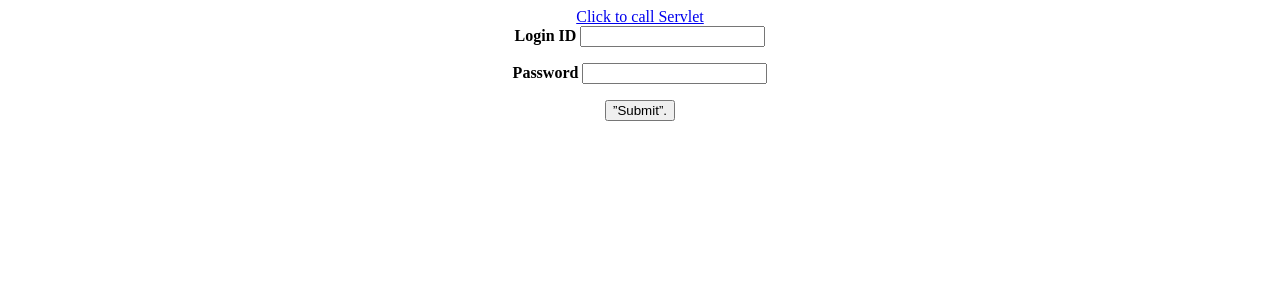
Repository: avads1/Webhook-listener
Page: webhook-servlet/WebContent/index.html
The author's editor kept a copy of each file at every save. The page is drawn from the files as they stood at one save, then again after the next save.
The browser window is 1280 px wide. The pictures show the whole page.

Above is the page before, as saved 2022-05-01 01:48:50.

### webhook-servlet/WebContent/index.html
<!DOCTYPE html>
<HTML>
<BODY>
	<CENTER>
		<a href="welcome">Click to call Servlet</a>
		<FORM NAME=”Form1″ METHOD=”post”
			ACTION=”http://localhost:8080/webhook-servlet/welcome”>
			<B>Login ID</B> <INPUT TYPE=”text” NAME=”loginid” SIZE=”30″>
			<P>
				<B>Password</B> <INPUT TYPE=”password” NAME=”password” SIZE=”30″>
			</P>
			<P>
				<INPUT TYPE=submit VALUE=”Submit”.>
			</P>
</BODY>

</HTML>

After the next save:
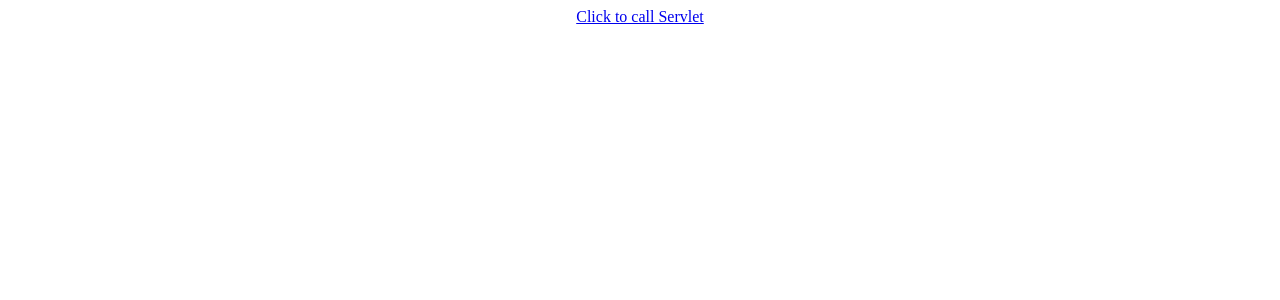
Saved 2 min 27 s later.
--- a/webhook-servlet/WebContent/index.html
+++ b/webhook-servlet/WebContent/index.html
@@ -4,7 +4,7 @@
 	<CENTER>
 		<a href="welcome">Click to call Servlet</a>
 		<FORM NAME=”Form1″ METHOD=”post”
-			ACTION=”http://localhost:8080/webhook-servlet/welcome”>
+			ACTION="http://localhost:8080/webhook-servlet/welcome”>
 			<B>Login ID</B> <INPUT TYPE=”text” NAME=”loginid” SIZE=”30″>
 			<P>
 				<B>Password</B> <INPUT TYPE=”password” NAME=”password” SIZE=”30″>

After the 2 saves that followed:
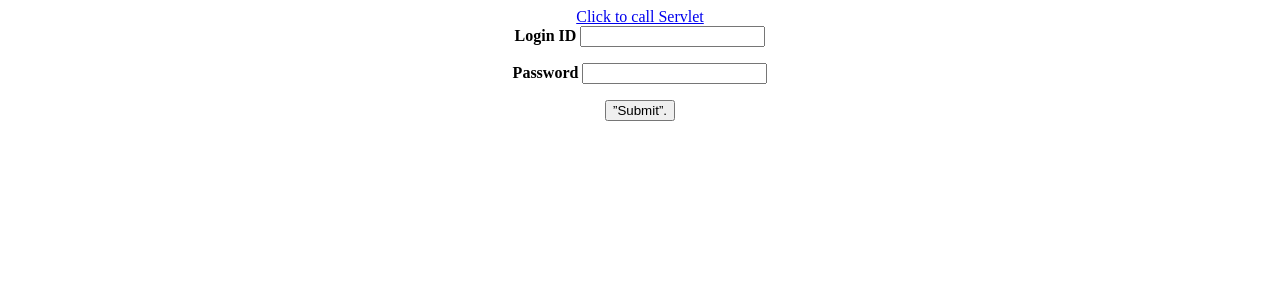
The 2 saves are shown as one change because 1 left the picture as it was.
The last was saved 19 s later.
--- a/webhook-servlet/WebContent/index.html
+++ b/webhook-servlet/WebContent/index.html
@@ -3,8 +3,8 @@
 <BODY>
 	<CENTER>
 		<a href="welcome">Click to call Servlet</a>
-		<FORM NAME=”Form1″ METHOD=”post”
-			ACTION="http://localhost:8080/webhook-servlet/welcome”>
+		<FORM NAME="Form1" METHOD="post"
+			ACTION="http://localhost:8080/webhook-servlet/welcome">
 			<B>Login ID</B> <INPUT TYPE=”text” NAME=”loginid” SIZE=”30″>
 			<P>
 				<B>Password</B> <INPUT TYPE=”password” NAME=”password” SIZE=”30″>
